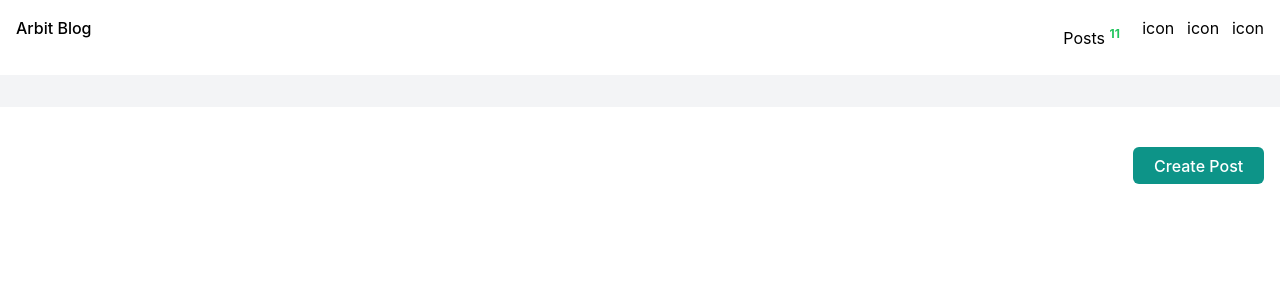
Repository: sam-lukaa/verde
Page: /
These files come from the project's save history. The page is drawn as it stood at one moment and after the next save; the edit follows.
The browser window is 1280 px wide. The pictures show the whole page.
The page's requests for data from a server got no answer. The project was rebuilt for these pictures with package versions that can differ from the ones it lists, and the page was loaded fresh each time. No one was signed in, and anything a server would have sent is missing. Also part of the build but not shown: src/App.css, src/pages/create.jsx, src/pages/edit.jsx, src/pages/post.jsx.

Above is the page before, as saved 2022-08-14 06:46:53.

### src/App.js
import { useState, useEffect, Fragment } from "react";
import { Routes, Route, Link, useNavigate } from "react-router-dom";

import "./App.css";
import { Button } from "./components/Button";
import { Create, Edit, Post } from "./pages";
import { instance } from "./utils/axios";

function App() {
  return (
    <main className=" bg-gray-100">
      {/* header */}
      <nav className="flex justify-between bg-white p-[1rem] top-0 sticky">
        <h3 className="font-[500]">Arbit Blog</h3>
        <div className="flex gap-[.7rem] lg:gap-[.8rem]">
          <Link to="/" className="hover:font-[500] hover:bg-gray-100 hover:transition hover:ease-in p-[.6rem] cursor-pointer">
            Posts <sup className="text-green-500 font-bold"> 11</sup>
          </Link>
          <figure>icon</figure>
          <figure>icon</figure>
          <figure>icon</figure>
        </div>
      </nav>

      {/* routes */}
      <Routes>
        <Route path="/" element={<Home />} />
        <Route path="create" element={<Create />} />
        <Route path="edit/:id" element={<Edit />} />
        <Route path="post/:id" element={<Post />} />
      </Routes>
    </main>
  );
}

function Home() {
  const [posts, setPosts] = useState([]);

  // fetch posts
  useEffect(() => {
    async function fetchPosts() {
      try {
        const res = await instance.get("posts");
        console.log(res);

        setPosts(res.data);
      } catch (err) {
        console.log(err);
      }
    }

    fetchPosts();
  }, []);

  let navigate = useNavigate();

  return (
    <section className="bg-white my-[] lg:my-[2rem] py-[.4rem] lg:py-[2.5rem]">
      {/* create new post */}
      <section className="flex justify-end px-[1rem] lg:px-[1rem]">
        <Button
          variant="primary"
          onClick={() => {
            navigate("/create", { replace: true });
          }}
        >
          Create Post
        </Button>
      </section>

      {/* posts section */}
      <article className="flex flex-wrap gap-[1.5rem] lg:gap-[3.5rem] w-[100%] lg:w-[75%] mt-[1rem] lg:m-auto">
        {posts.map((post, _i) => {
          return (
            <Fragment key={_i}>
              <Link
                to={`post/${post.id}`}
                // to="/post/123"
                className="w-[100%] lg:w-[30%] p-[.4rem] lg:p-[.8rem] hover:bg-gray-100 rounded-[6px]"
              >
                <h3 className="font-[500] text-[] lg:text-[1.4rem] mb-[.3rem]">
                  {post.title}
                </h3>
                <p className="text-gray-600 line-clamp-[] lg:line-clamp-4">
                  {post.body}
                </p>
              </Link>
            </Fragment>
          );
        })}
      </article>
    </section>
  );
}

export default App;

### src/components/Button.jsx
export const Button = ({ variant = null, children, props }) => {
  return (
    <div>
      <button
        className={`${
          variant === "primary"
            ? "bg-teal-600 hover:bg-teal-500"
            : variant === "danger"
            ? "bg-red-500 hover:bg-red-400"
            : "bg-gray-300 hover:bg-gray-200"
        } ${
          variant === null ? "text-black" : "text-white"
        } py-[.3rem] px-[1rem] lg:px-[1.3rem] lg:py-[.4rem] font-[500] rounded-[6px] lg:rounded-[6px] hover:transition-all hover:ease-in ease-out duration-[.3s]`}
        {...props}
      >
        {children}
      </button>
    </div>
  );
};

### src/pages/index.js
export * from './create';
export * from './edit';
export * from './post';

### src/utils/axios.js
import axios from 'axios';
const instance = axios.create({ baseURL: 'https://jsonplaceholder.typicode.com/' });
export {instance};

### tailwind.config.js
/** @type {import('tailwindcss').Config} */
module.exports = {
  content: ["./src/**/*.{jsx,js}"],
  theme: {
    extend: {},
  },
  plugins: [require("@tailwindcss/line-clamp")],
};

Loaded but not shown: public/index.html (common file); src/index.js (common file); src/index.css (common file); src/reportWebVitals.js (common file)

After the next save:
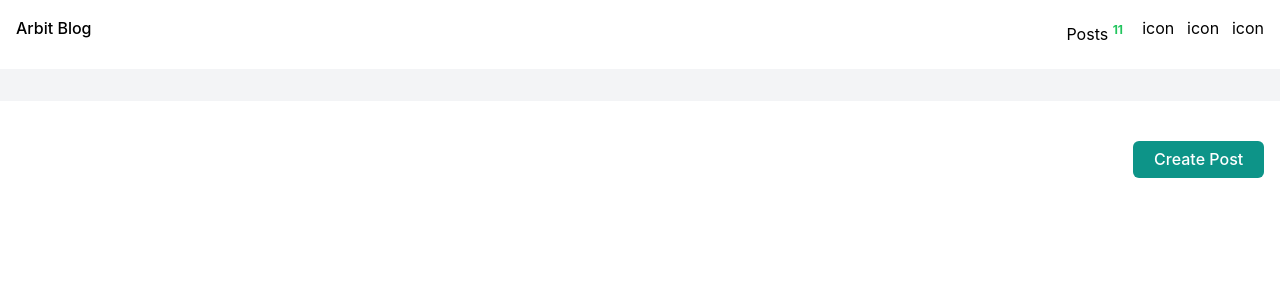
Saved 15 s later.
--- a/src/App.js
+++ b/src/App.js
@@ -13,7 +13,7 @@ function App() {
       <nav className="flex justify-between bg-white p-[1rem] top-0 sticky">
         <h3 className="font-[500]">Arbit Blog</h3>
         <div className="flex gap-[.7rem] lg:gap-[.8rem]">
-          <Link to="/" className="hover:font-[500] hover:bg-gray-100 hover:transition hover:ease-in p-[.6rem] cursor-pointer">
+          <Link to="/" className="hover:font-[500] hover:bg-gray-100 hover:transition hover:ease-in p-[.4rem] cursor-pointer">
             Posts <sup className="text-green-500 font-bold"> 11</sup>
           </Link>
           <figure>icon</figure>
